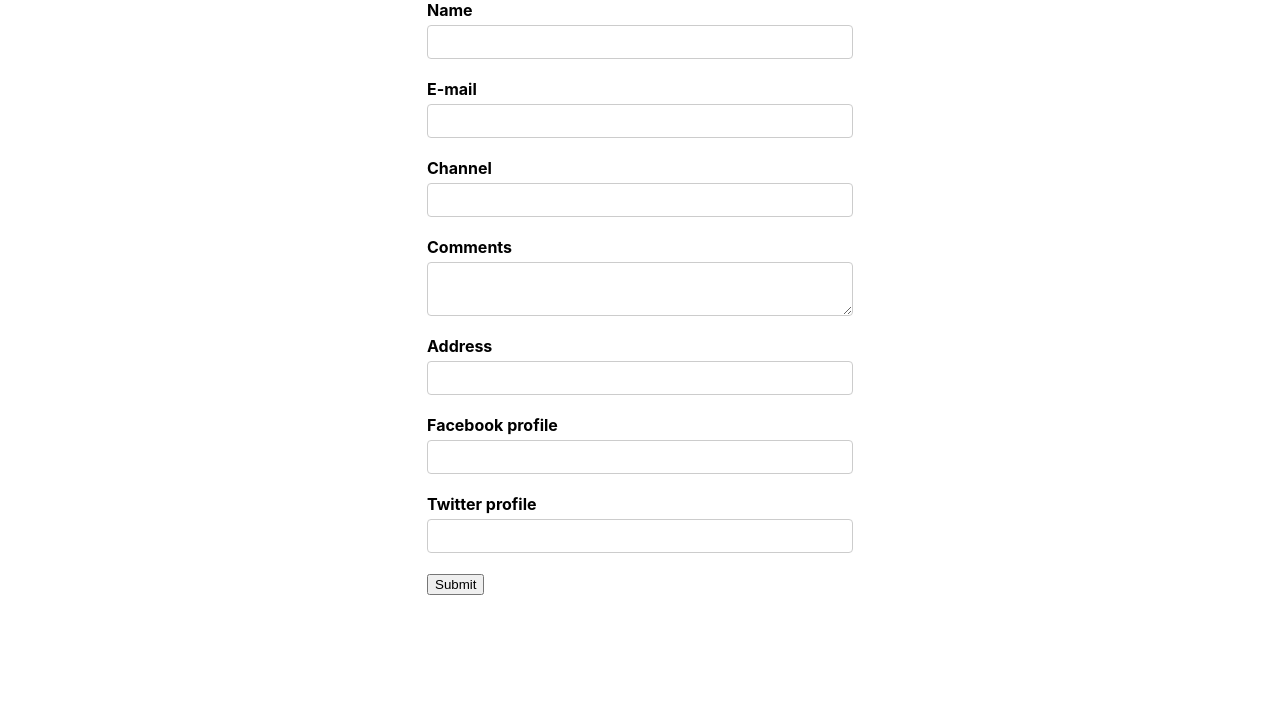
Repository: taivuong95/react-formik
Page: / (app in react-formik-demo/)
The author's editor kept a copy of each file at every save. The page is drawn from the files as they stood at one save, then again after the next save.
The browser window is 1280 px wide. The pictures show the whole page.
The project was rebuilt for these pictures with package versions that can differ from the ones it lists, and the page was loaded fresh each time. Imported but missing from the stored project, and not drawn on this page: react-formik-demo/src/components/TextError.

Above is the page before, as saved 2021-01-18 07:14:55.

After the next save:
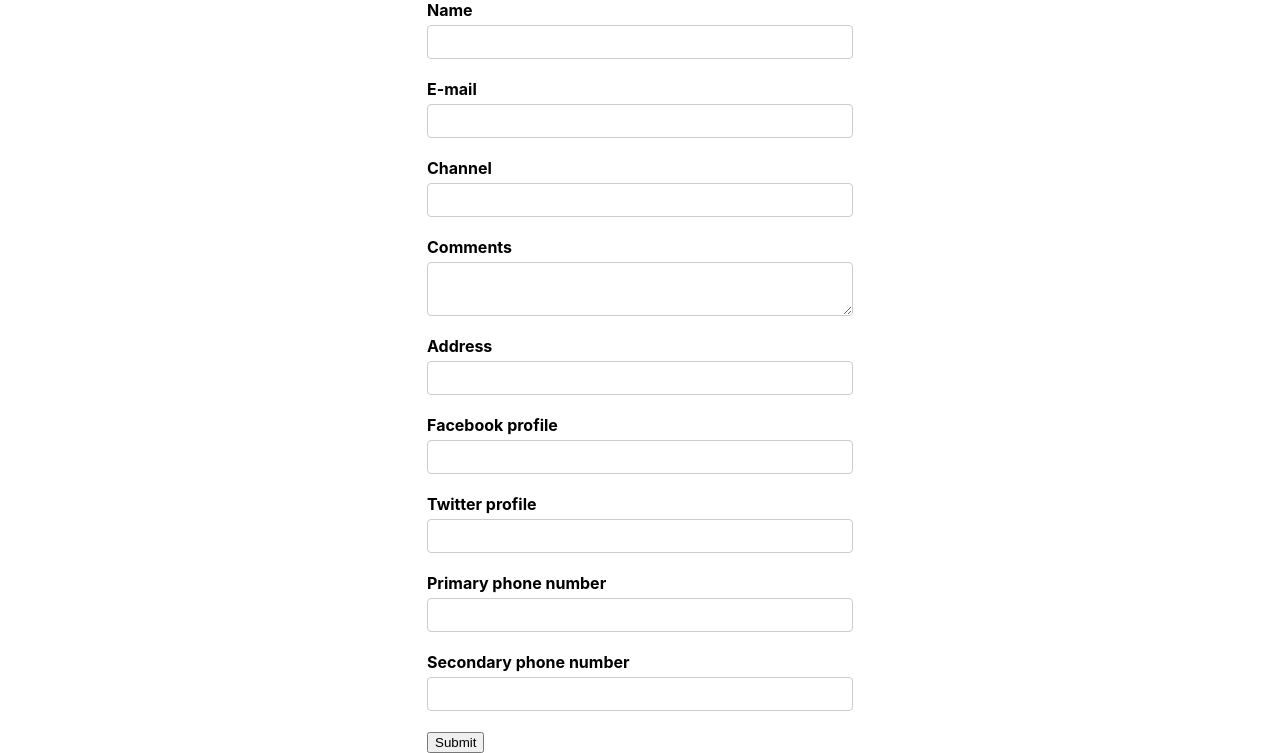
Saved 3 min 53 s later.
--- a/react-formik-demo/src/components/YoutubeForm.js
+++ b/react-formik-demo/src/components/YoutubeForm.js
@@ -12,7 +12,8 @@ const initialValues = {
   social: {
     facebook: "",
     twitter: "",
-  }
+  },
+  phoneNumbers: ['','']
 };
 
 const onSubmit = (values) => {
@@ -84,6 +85,16 @@ function YoutubeForm(props) {
           <Field type='text' id='twitter' name='social.twitter'/>
         </div>
 
+        <div className='form-control'>
+          <label htmlFor='primaryPh'>Primary phone number</label>
+          <Field type='text' id='primaryPh' name='phoneNumbers[0]'/>
+        </div>
+
+        <div className='form-control'>
+          <label htmlFor='secondaryPh'>Secondary phone number</label>
+          <Field type='text' id='secondaryPh' name='phoneNumbers[1]'/>
+        </div>
+
         <button type='submit'>Submit</button>
       </Form>
     </Formik>
